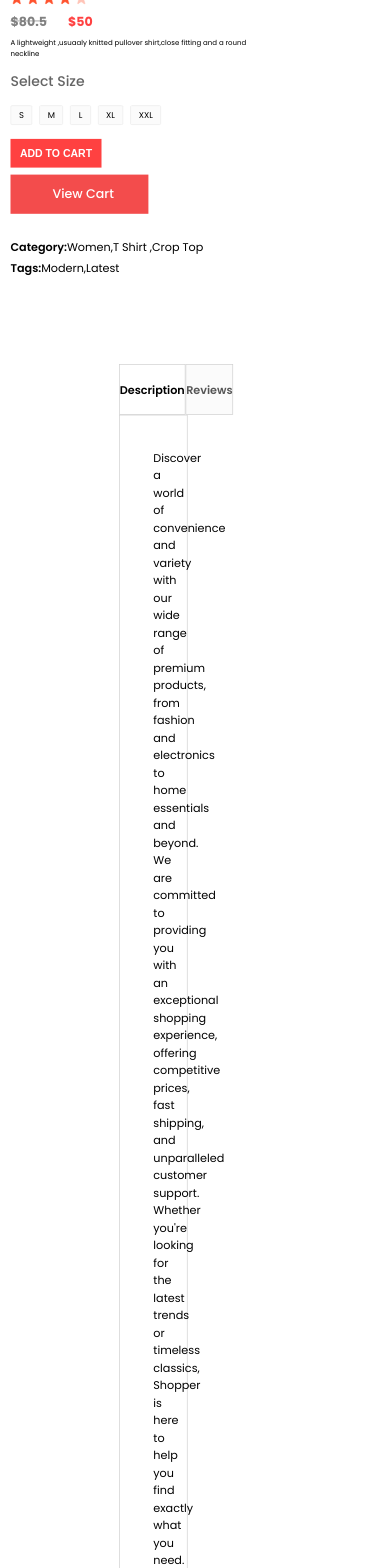
Repository: PayalJakhar/Shoppers-E-commerce-Website
Page: /product/1 (app in frontend/)
These files come from the project's save history. The page is drawn as it stood at one moment and after a run of saves; the edit follows.
The browser window is 375 px wide. The page is 553 px wide, so the pictures cover 553 px, including what lies to the right of the window. The pictures show the part of the page from y = 588 to 2828 px (the page is 4491 px tall before and 4494 px after), at 70% of full size.
The project was rebuilt for these pictures with package versions that can differ from the ones it lists, and the page was loaded fresh each time. Also part of the build but not shown: frontend/src/App.css, frontend/src/Components/Hero/Hero.css, frontend/src/Components/Hero/Hero.jsx, frontend/src/Components/Popular/Popular.css, frontend/src/Components/Popular/Popular.jsx, frontend/src/Components/Offers/Offers.css, frontend/src/Components/Offers/Offers.jsx, frontend/src/Components/NewCollections/NewCollections.css and 12 more.

Above is the page before, as saved 2025-01-17 18:59:12.

### frontend/src/index.css
*{
  margin:0;
}
body {
  margin: 0;
  font-family: -apple-system, BlinkMacSystemFont, 'Segoe UI', 'Roboto', 'Oxygen',
    'Ubuntu', 'Cantarell', 'Fira Sans', 'Droid Sans', 'Helvetica Neue',
    sans-serif;
  -webkit-font-smoothing: antialiased;
  -moz-osx-font-smoothing: grayscale;
  font-family:'poppins';
}

code {
  font-family: source-code-pro, Menlo, Monaco, Consolas, 'Courier New',
    monospace;
}

### frontend/src/Context/ShopContext.jsx
import React, { createContext, useState } from "react";
import all_product from '../Components/Assets/Frontend_Assets/all_product';

export const ShopContext = createContext(null);

const getDefaultCart = () => {
    let cart = {};
    for (let index = 0; index < all_product.length; index++) {
        cart[index] = 0;
    }
    return cart;
}

const ShopContextProvider = (props) => {
    const [cartItems, setCartItems] = useState(getDefaultCart());

    const addToCart = (itemId) => {
        setCartItems((prev) => ({ ...prev, [itemId]: prev[itemId] + 1 }));
        console.log(cartItems);
    }

    const removeFromCart = (itemId) => {
        setCartItems((prev) => ({ ...prev, [itemId]: prev[itemId] - 1 }));
    }

    const getTotalCartAmount = () => {
        let totalAmount = 0;
        for (const item in cartItems) {
            if (cartItems[item] > 0) {
                let itemInfo = all_product.find((product) => product.id === Number(item));
                totalAmount += itemInfo.new_price * cartItems[item];
            }
        }
        return totalAmount;
    }

    const getTotalCartItems = () => {
        let totalItem = 0;
        for (const item in cartItems) {
            if (cartItems[item] > 0) {
                totalItem += cartItems[item];
            }
        }
        return totalItem;
    }

    const contextValue = { getTotalCartItems, getTotalCartAmount, all_product, cartItems, addToCart, removeFromCart };

    return (
        <ShopContext.Provider value={contextValue}>
            {props.children}
        </ShopContext.Provider>
    )
}

export default ShopContextProvider;

### frontend/src/Components/Navbar/Navbar.jsx
import React, { useContext, useState, useRef } from 'react';
import { Link } from 'react-router-dom';
import './Navbar.css';
import logo from '../Assets/Frontend_Assets/logo.png';
import cart_icon from '../Assets/Frontend_Assets/cart_icon.png';
import { ShopContext } from '../../Context/ShopContext';
import nav_dropdown from '../Assets/Frontend_Assets/nav_dropdown.png'

export default function Navbar() {
    const [menu, setMenu] = useState('shop');
    const {getTotalCartItems} = useContext(ShopContext);
    const menuRef = useRef();

    const dropdown_toggle = (e) =>{
        menuRef.current.classList.toggle('nav-menu-visible');
        e.target.classList.toggle('open');
    }


    return (
        <div className="navbar">
            <div className="nav-logo">
                <img src={logo} alt="" />
                <p> SHOPPER</p>
            </div>
            <img  className='nav-dropdown' onClick={dropdown_toggle} src={nav_dropdown} alt=""/>
            <ul ref={menuRef} className="nav-menu">
                <li onClick={() => { setMenu('shop') }}><Link style={{textDecoration:'none'}} to='/'>Shop</Link>{menu === 'shop' ? <hr /> : <></>}</li>
                <li onClick={() => { setMenu('mens') }}><Link style={{textDecoration:'none'}} to='/mens'>Men</Link>{menu === 'mens' ? <hr /> : <></>}</li>
                <li onClick={() => { setMenu('women') }}><Link style={{textDecoration:'none'}} to='/women'>Women</Link>{menu === 'women' ? <hr /> : <></>}</li>
                <li onClick={() => { setMenu('kids') }}><Link style={{textDecoration:'none'}} to='/kids'>Kids</Link>{menu === 'kids' ? <hr /> : <></>}</li>
            </ul>
            <div className="nav-login-cart">
                <Link style={{textDecoration:'none'}} to='/login'><button>login</button></Link>
                <Link style={{textDecoration:'none'}} to='/cart'><img src={cart_icon} alt="" /></Link>
                <div className="nav-cart-count">{getTotalCartItems()}</div>
            </div>
        </div>
    )
}

### frontend/src/Pages/Product.jsx
import React,{useContext} from 'react'
import {ShopContext} from '../Context/ShopContext'
import {useParams} from 'react-router-dom'
import Breadcrum from '../Components/Breadcrums/Breadcrum';
import ProductDisplay from '../Components/ProductDisplay/ProductDisplay';
import DescriptionBox from '../Components/DescriptionBox/DescriptionBox';
import RelatedProducts from '../Components/RelatedProducts/RelatedProducts';

export default function Product() {
  const {all_product} = useContext(ShopContext);
  const {productID} = useParams(); // we have to give the name the same name as the parameter as been given
  // using the productID we will look for the product in the all_product;

  const product = all_product.find((e)=>e.id===Number(productID));// the const product will be equal to an object as all_product is an array of objects
  // as productID should be in number format as e.id is in number format
  return (
    <div>
        <Breadcrum product={product}/>
        <ProductDisplay product={product}/>
        <DescriptionBox/>
        <RelatedProducts/>
    </div>
  )
}

### frontend/src/Components/Footer/Footer.jsx
import React from 'react'
import './Footer.css'
import footer_logo from '../Assets/Frontend_Assets/logo_big.png'
import instagram_icon from '../Assets/Frontend_Assets/instagram_icon.png'
import pintester_icon from '../Assets/Frontend_Assets/pintester_icon.png'
import whatsapp_icon from '../Assets/Frontend_Assets/whatsapp_icon.png'
export default function Footer() {
  return (
    <div className='footer'>
        <div className="footer-logo">
            <img src={footer_logo} alt=""/>
            <p>SHOPPER</p>
        </div>
        <ul className="footer-links">
            <li>Company</li>
            <li>Products</li>
            <li>Offices</li>
            <li>About</li>
            <li>Contact</li>
        </ul>
        <div className="footer-social-icon">
            <div className="footer-icons-container">
                <img src={instagram_icon} alt=""/>
            </div>
            <div className="footer-icons-container">
                <img src={pintester_icon} alt=""/>
            </div>
            <div className="footer-icons-container">
                <img src={whatsapp_icon} alt=""/>
            </div>
        </div>
        <div className="footer-copyright">
            <hr/>
            <p>Copyright @ 2025 - All Rights Reserved</p>
        </div>
    </div>
  )
}

### frontend/src/Components/Item/Item.jsx
import React from 'react'
import { Link } from 'react-router-dom';
import './Item.css'
export default function Item(props) {
  return (
    <div className='item'>
        <Link to={`/product/${props.id}`}><img onClick={window.scrollTo(0,0)} src={props.image} alt="" /></Link>
        {/* on click to img just scroll the window on to top */}
        <p>{props.name}</p>
        <div className="item-prices">
            <div className="item-price-new">
                ${props.new_price}
            </div>
            <div className="item-price-old">
                ${props.old_price}
            </div>
        </div>
    </div>
  )
}

### frontend/src/Components/Breadcrums/Breadcrum.jsx
import React from 'react'
import './Breadcrum.css'
import arrow_icon from '../Assets/Frontend_Assets/breadcrum_arrow.png'

const Breadcrum = (props) => {
    const {product} = props;
    return (
        <div className='breadcrum'>
            HOME <img src={arrow_icon} alt=""/> SHOP <img src={arrow_icon} alt=""/> {product.category} <img src={arrow_icon} alt=""/> {product.name};
        </div>
    )
}

export default Breadcrum

### frontend/src/Components/ProductDisplay/ProductDisplay.jsx
import React, { useContext } from 'react'
import './ProductDisplay.css'
import star_icon from "../Assets/Frontend_Assets/star_icon.png"
import star_dull_icon from "../Assets/Frontend_Assets/star_dull_icon.png"
import { ShopContext } from '../../Context/ShopContext'
import {Link} from 'react-router-dom'
const ProductDisplay = (props) => {
    const {product}=props;
    const {addToCart}=useContext(ShopContext);
  return (
    <div className='productdisplay'>
        <div className="productdisplay-left">
             <div className="productdisplay-img-list">
                <img src={product.image} alt="" />
                <img src={product.image} alt="" />
                <img src={product.image} alt="" />
                <img src={product.image} alt="" />
             </div>

            <div className="productdisplay-img">
                <img className='productdisplay-main-img' src={product.image} alt="" />
            </div>
        </div>
        <div className="productdisplay-right">
            <h1>{product.name}</h1>
            <div className="productdisplay-right-star">
                <img src={star_icon} alt="" />
                <img src={star_icon} alt="" />
                <img src={star_icon} alt="" />
                <img src={star_icon} alt="" />
                <img src={star_dull_icon} alt="" />
            </div>
            <div className="productdisplay-right-prices">
                <div className="productdisplay-right-price-old">${product.old_price}</div>
                <div className="productdisplay-right-price-new">${product.new_price}</div>

            </div>
            <div className="productdisplay-right-description">
                A lightweight ,usuaaly knitted pullover shirt,close fitting and a round neckline
            </div>
            <div className="productdisplay-right-size">
                <h1>Select Size</h1>
                <div className="productdisplay-right-sizes">
                    <div>S</div>
                    <div>M</div>
                    <div>L</div>
                    <div>XL</div>
                    <div>XXL</div>
                </div>
            </div>
            <button onClick={()=>{addToCart(product.id)}}> ADD TO CART</button>
            <Link to="/Cart" className="view-cart-link">View Cart</Link>
            <p className="productdisplay-right-category"><span>Category:</span>Women,T Shirt ,Crop Top</p>
            <p className="productdisplay-right-category"><span>Tags:</span>Modern,Latest</p>
        </div>

    </div>
  )
}

export default ProductDisplay

### frontend/src/Components/DescriptionBox/DescriptionBox.jsx
import React from 'react'
import './DescriptionBox.css'

const DescriptionBox = () => {
  return (
    <div className='descriptionbox'>
      <div className="descriptionbox-navigator">
        <div className="descriptionbox-nav-box">Description</div>
        <div className="descriptionbox-nav-box fade">Reviews</div>
      </div>
      <div className="descriptionbox-description">
        <p>
        Discover a world of convenience and variety with our wide range of premium products, from fashion and electronics to home essentials and beyond. We are committed to providing you with an exceptional shopping experience, offering competitive prices, fast shipping, and unparalleled customer support. Whether you're looking for the latest trends or timeless classics, Shopper is here to help you find exactly what you need.
        </p>
        <p>
         Shop with confidence and enjoy the ease of shopping from the comfort of your home!
        </p>
      </div>
    </div>
  )
}

export default DescriptionBox

### frontend/src/Components/RelatedProducts/RelatedProducts.jsx
import React from 'react'
import './RelatedProducts.css'
import data_product from '../Assets/Frontend_Assets/data'
import Item from '../Item/Item'
const RelatedProducts = () => {
  return (
    <div className='relatedproducts'>
        <h1>Related Products</h1>
        <hr/>
        <div className="relatedproducts-item">
            {data_product.map((item,i)=>{
                return <Item key={i} id={item.id} name={item.name} image={item.image} new_price={item.new_price} old_price={item.old_price}/>
            })}
        </div>
    </div>
  )
}

export default RelatedProducts

### frontend/src/Components/Footer/Footer.css
.footer{
    display: flex;
    flex-direction: column;
    justify-content: center;
    align-items: center;
    gap: 50px;
}

.footer-logo{
    display: flex;
    align-items: center;
    gap: 20px;
}

.footer-logo p{
    color: #383838;
    font-size: 46px;
    font-weight: 700;

}

.footer-links{
    display: flex;
    list-style: none;
    gap: 50px;
    color: #252525;
    font-size: 20px;
}

.footer-links li{
    cursor: pointer;
}

.footer-social-icon{
    display: flex;
    gap: 20px;
}

.footer-icons-container{
    padding: 10px;
    padding-bottom:6px;
    background: #fbfbfb;
    border: 1px solid #ebebeb;
}

.footer-copyright{
    display: flex;
    flex-direction: column;
    align-items: center;
    gap: 30px;
    width: 100%;
    margin-bottom: 30px;
    color: #1a1a1a;
    font-size: 20px;
}

.footer-copyright r{
    width: 80%;
    border: none;
    border-radius: 10px;
    height: 3px;
    background: #c7c7c7;
}

@media(max-width: 800px){
    .footer{
        gap: 20px;
    }
    .footer-lgo{
        gap: 10px;
        align-items: end;
    }
    .footer-logo img{
        width: 40px;
    }
    .footer-logo p{
        font-size: 25px;
    }
    .footer-links{
        font-size: 14px;
        gap: 10px;
    }
    .footer-social-icon img{
        width: 22px;
    }
    .footer-copyright{
        font-size: 13px;
    }
}

### frontend/src/Components/Item/Item.css
.item{
    width:280px;
}
.item img{
    width: 280px;
}
.item p{
    margin: 6px 0px;
}

.item-prices{
    display:flex;
    gap:20px;
}
.item-price-new{
    color: #374151;
    font-size: 18px;
    font-weight: 600;
}
.item-price-old{
    color: #8c8c8c;
    font-size: 18px;
    font-weight: 500;
    text-decoration: line-through;
}

.item:hover{
    transform: scale(1.05);
    transition: 0.6s;
}

@media(max-width: 1280px){
    .item{
        width: 220px;
        font-size: 14px;
    }
    .item img{
        width: 220px;
    }

    .item-price-old{
        font-size: 14px;
    }
}

@media(max-width: 1024px){
    .item{
        width: 170px;
        font-size: 13px;
    }
    .item img{
        width: 170px;
    }

    .item-price-old{
        font-size: 13px;
    }
}


@media(max-width: 800px){
    .item{
        width: 120px;
        font-size: 12px;
    }
    .item img{
        width: 120px;
    }

    .item-price-old{
        font-size: 12px;
    }
}


@media(max-width: 1280px){
    .item{
        width: 160px;
    }
    .item img{
        width: 160px;
    }

}

### frontend/src/Components/Breadcrums/Breadcrum.css
.breadcrum{
    display: flex;
    align-items: center;
    gap: 8px;
    color: #5e5e5e;
    font-size: 16px;
    font-weight: 600;
    margin: 60px 170px;
    text-transform: capitalize;
}

@media(max-width: 1280px){
    .breadcrum{
        margin: 30px 50px;
        font-size: 14px;
    }
}

@media(max-width: 1024px){
    .breadcrum{
        margin: 30px 30px;
        font-size: 13px;
    }
}


@media(max-width: 800px){
    .breadcrum{
        margin: 30px 10px;
        font-size: 12px;
    }
}


@media(max-width: 500px){
    .breadcrum{
        /* margin: 30px 50px; */
        font-size: 10px;
    }
}

### frontend/src/Components/ProductDisplay/ProductDisplay.css
.productdisplay{
    display: flex;
    margin: 0px 170px;
}
.productdisplay-left{
    display: flex;
    gap:17px;
}
.productdisplay-img-list{
    display: flex;
    flex-direction: column;
    gap:16px;
}
.productdisplay-img-list img{
    height: 163px;
}
.productdisplay-main-img{
    width:586px;
    height:700px;
}
.productdisplay-right{
    margin: 0px 70px;
    display: flex;
    flex-direction: column;
}
.productdisplay-right h1{
    color: #3d3d3d;
    font-size: 40px;
    font-weight: 700;
}
.productdisplay-right-star{
    display: flex;
    align-items: center;
    margin-top: 13px;
    gap:5px ;
    color: #1c1c1c;
    font-size: 16px;

}
.productdisplay-right-prices{
    display: flex;
    margin:40px 0px;
    gap:30px;
    font-size: 24px;
    font-weight: 700;
}
.productdisplay-right-price-old{
    color: #818181;
    text-decoration: line-through;
}
.productdisplay-right-price-new{
    color: #ff4141;
}
.productdisplay-right-size h1{
    margin-top: 55px;
    color: #656565;
    font-size:20px;
    font-weight: 600;
}
.productdisplay-right-sizes{
    display: flex;
    margin:30px 0px;
    gap:20px;
}
.productdisplay-right-sizes div{
    padding: 18px 24px;
    background: #fbfbfb;
    border: 1px solid #ebebeb;
    border-radius: 2px;
    cursor: pointer;

}
.productdisplay-right button{
    padding: 20px 40px;
    width:200px;
    font-size: 16px;
    font-weight: 600;
    color: white;
    background: #ff4141;
    margin-bottom: 40px;
    border: none;
    outline: none;
    cursor: pointer;
}
.productdisplay-right-category{
    margin-top:10px;
}
.productdisplay-right-category span{
    font-weight:600 ;
}

.view-cart-link{
    display: block;
    text-decoration: none;
    /* border: 1px solid black; */
    width: 137px;
    justify-content: center;
    padding-left: 60px;
    color: rgb(255, 255, 255);
    background-color:#f34c4c;
    outline: none;
    height: 35px;
    align-items: center;
    padding-top: 13px;
    padding-bottom: 8px;
    font-size: 18px;
    font-weight: 500;
    margin-bottom: 30px;
}

@media(max-width: 1280px){
    .productdisplay{
        margin: 0px 60px;
    }
    .productdisplay-left{
        gap: 10px;
    }

    .productdisplay-img-list{
        gap: 10px;
    }
    .productdisplay-img-list img{
        height: 120px;
    }

    .productdisplay-main-img{
        width: auto;
        height: 510px;
    }
    .productdisplay-right{
        margin: 0px 30px;
    }

    .productdisplay-right h1{
        font-size: 22px;
    }

    .productdisplay-right-stars{
        gap: 3px;
        font-size: 13px;
    }

    .productdisplay-right-prices{

        margin: 10px 0px;
        font-size: 18px;
    }

    .productdisplay-right-description{
        font-size: 13px;
    }

    .productdisplay-right-size h1{
        margin-top: 20px;
        font-size: 20px;
    }

    .productdisplay-right-sizes div{
        padding: 14px 20px;
    }

    .productdisplay-right button{
        width: 150px;
        padding: 15px 0px;
        margin-bottom: 20px;
    }

    .productdisplay-right-category{
        margin-top: 5px;
        font-size: 14px;
    }
}


@media(max-width: 1024px){
    .productdisplay{
        margin: 0px 30px;
    }
    .productdisplay-left{
        gap: 5px;
    }

    /* .productdisplay-img-list{
        gap: 10px;
    } */
    .productdisplay-img-list img{
        height: 80px;
    }

    .productdisplay-main-img{
        /* width: auto; */
        height: 350px;
    }
    /* .productdisplay-right{
        margin: 0px 30px;
    } */

    .productdisplay-right h1{
        font-size: 18px;
    }

    .productdisplay-right-stars img{
        /* gap: 3px; */
        /* font-size: 13px; */
        width: 15px;
    }

    /* .productdisplay-right-prices{

        margin: 10px 0px;
        font-size: 18px;
    } */

    .productdisplay-right-description{
        font-size: 12px;
    }

    .productdisplay-right-sizes{
        margin-top: 10px 0px;
        /* font-size: 20px; */
    }

    .productdisplay-right-sizes div{
        padding: 10px 16px;
        font-size: 12px;
    }

    .productdisplay-right button{
        width: 120px;
        padding: 10px 0px;
        margin-bottom: 10px;
        font-size: 14px;
    }

    .productdisplay-right-category{
        /* margin-top: 5px; */
        font-size: 12px;
    }
}




@media(max-width: 800px){
    .productdisplay{
        margin: 0px 10px;
    }
    .productdisplay-left{
        gap: 0px;
        flex-direction: column-reverse;
        align-items: center;
    }

    .productdisplay-img-list{
        flex-direction: row;
        gap: 6px;
    }
    .productdisplay-img-list img{
        height: 70px;
    }

    .productdisplay-main-img{
        /* width: auto; */
        height: 300px;
    }
    /* .productdisplay-right{
        margin: 0px 30px;
    } */

    .productdisplay-right h1{
        font-size: 14px;
    }

    .productdisplay-right-stars img{
        /* gap: 3px; */
        /* font-size: 13px; */
        width: 13px;
    }

    /* .productdisplay-right-prices{

        margin: 10px 0px;
        font-size: 18px;
    } */

    .productdisplay-right-description{
        font-size: 10px;
    }
    .productdisplay-right-size h1{
        margin-top: 10px 0px;
        /* font-size: 20px; */
    }
    .productdisplay-right-sizes{
        margin-top: 10px ;
        gap: 5px;
        /* font-size: 20px; */
    }

    .productdisplay-right-sizes div{
        padding: 4px 11px;
        /* font-size: 12px; */
    }

    .productdisplay-right button{
        width: 100px;
        /* padding: 10px 0px; */
        /* margin-bottom: 10px; */
        font-size: 12px;
    }

    .productdisplay-right-category{
        /* margin-top: 5px; */
        font-size: 10px;
    }
}


@media(max-width:500px){

    .productdisplay{
        flex-direction: column;
    }

    .productdisplay-left{
        gap: 10px;
        flex-direction: row;
        margin: auto;
    }

    .productdisplay-img-list{
        flex-direction: column;
        gap: 8px;
    }

    .productdisplay-img-list img{
        height: 75px;
    }

    .productdisplay-main-img{
        height: 330px;
    }

    .productdisplay-right{ margin: 5px;
    }

    .productdisplay-right h1{
        margin-top: 15px;
        font-size: 20px;
        font-weight: 500;
    }

    .productdisplay-right-stars img{ width: 15px;
    }

    .productdisplay-right-sizes{ gap: 10px;
        margin: 20px 0px;
    }

    I .productdisplay-right-sizes div{
        padding: 10px 16px;
        font-size: 14px;
    }

    .productdisplay-right button{
        width: 130px;
        font-size: 15px;
        padding: 12px 0px;
    }

        .productdisplay-right-category{
            font-size: 16px;
        }

        .productdisplay-right button{
            width: 130px;
            font-size: 15px;
            padding: 12px 0px;
        }
}

### frontend/src/Components/DescriptionBox/DescriptionBox.css
.descriptionbox{
    margin: 120px 170px;
}
.descriptionbox-navigator{
    display: flex;
}

.descriptionbox-nav-box{
    display:flex;
    align-items: center;
    justify-content: center;
    font-size: 16px;
    font-weight: 600;
    width: 171px;
    height: 70px;
    border: 1px solid #d0d0d0;
}

.descriptionbox-nav-box.fade{
    background: #FBFBFB;
    color: #555;
}

.descriptionbox-description{
    display: flex;
    flex-direction: column;
    gap: 25px;
    border: 1px solid #D0D0D0;
    padding: 48px;
    padding-bottom: 70px;
}

### frontend/src/Components/RelatedProducts/RelatedProducts.css
.relatedproducts{
    display: flex;
    flex-direction: column;
    align-items: center;
    gap: 10px;
    height: 90vh;
    margin-bottom: 100px;
}

.relatedproducts{
    color: #171717;
    font-size: 20px;
    font-weight: 600;
}

.relatedproducts hr{
    width: 200px;
    height: 6px;
    border-radius:10px;
    background: #252525;
}

.relatedproducts-item{
    margin-top: 50px;
    display: flex;
    gap: 30px;
}

Loaded but not shown: frontend/public/index.html (common file); frontend/src/reportWebVitals.js (common file); frontend/src/Components/Assets/Frontend_Assets/all_product.js (329 lines, source omitted); frontend/src/App.js (33 lines, source omitted); frontend/src/Components/Assets/Frontend_Assets/data.js (34 lines, source omitted); frontend/src/index.js (20 lines, source omitted); frontend/src/Components/Navbar/Navbar.css (194 lines, source omitted)

After the next 2 saves:
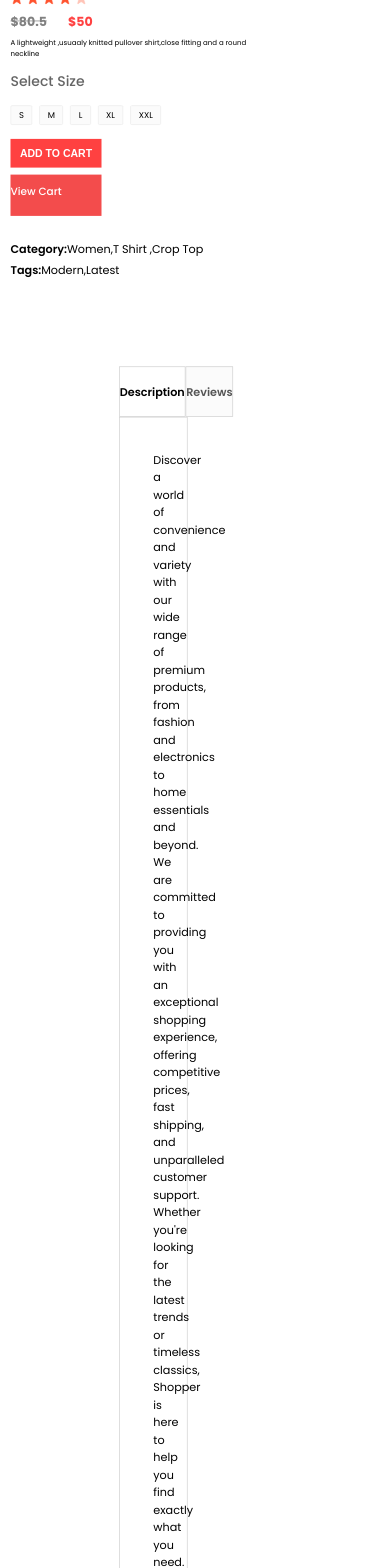
The 2 saves are shown as one change because they came seconds apart.
The last was saved 9 s later.
--- a/frontend/src/Components/ProductDisplay/ProductDisplay.css
+++ b/frontend/src/Components/ProductDisplay/ProductDisplay.css
@@ -371,7 +371,7 @@
             font-size: 16px;
         }
 
-        .productdisplay-right button{
+        .view-cart-link{
             width: 130px;
             font-size: 15px;
             padding: 12px 0px;
